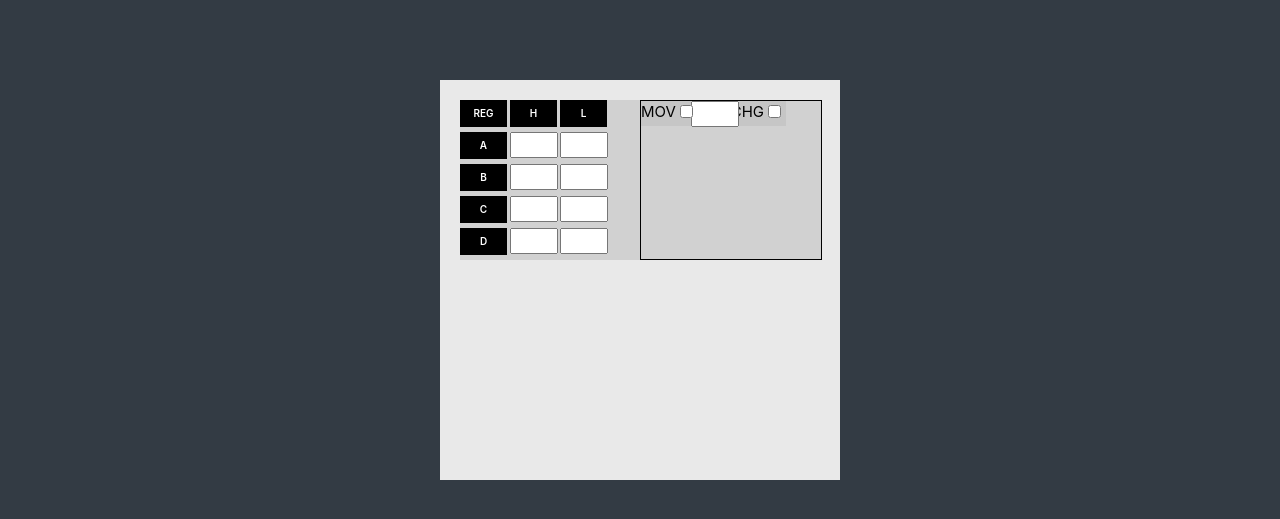
Repository: piookr-wsei/8086
Page: /
These files come from the project's save history. The page is drawn as it stood at one moment and after a run of saves; the edit follows.
The browser window is 1280 px wide. The pictures show the whole page.
The project was rebuilt for these pictures with package versions that can differ from the ones it lists, and the page was loaded fresh each time.

Above is the page before, as saved 2022-06-18 20:58:39.

### src/App.js
import React from 'react';
import { useState } from 'react';
import './App.css';
import { RegDesc, RegInput, RegWrapper, UiWindow, UiWrapper, SettingsWrapper, Labels, CheckWrapper, OpBox } from './Components/Components.elements';


function App() {

  const xchg="xchg";
  const mov="mov"

  const [movChecked, setMovChecked] = useState(false);

  const [xchgChecked, setXchgChecked] = useState(false);

  const [opChosen,setOpChosen] = useState(null)

  function HandleCheck(name){
    if(name=="mov"){
      setMovChecked(!movChecked)
      setXchgChecked(false)
    }
    else if(name=="xchg"){
      setXchgChecked(!xchgChecked)
      setMovChecked(false)

    }
    setOpChosen(name)
  }

function OpChange(){
  return(
    <>
    <Labels>
      <CheckWrapper>
        MOV
        <OpBox type="checkbox"  checked={movChecked} onClick={() => HandleCheck(mov)} id="MOV"/>
      </CheckWrapper>
      <CheckWrapper>
        XCHG
        <OpBox type="checkbox" checked={xchgChecked} onChange={() => HandleCheck(xchg)} id="XCHG" name="XCHG"/>
      </CheckWrapper>
    </Labels>
    </>
    )
  }







  return (
    <div className="App">
      <UiWindow>
        <UiWrapper>
          <RegWrapper>
            <RegDesc textContent={"REG"}/>  <RegDesc textContent={"H"}/>  <RegDesc textContent={"L"}/>

            <RegDesc textContent={"A"}/>  <RegInput maxLength={2}/> <RegInput maxLength={2}/>
            <RegDesc textContent={"B"}/>  <RegInput maxLength={2}/> <RegInput maxLength={2}/>
            <RegDesc textContent={"C"} />  <RegInput maxLength={2}/> <RegInput maxLength={2}/>
            <RegDesc textContent={"D"}/>  <RegInput maxLength={2}/> <RegInput maxLength={2}/>
          </RegWrapper>

          <SettingsWrapper>
            <OpChange/>
            <RegInput maxLength={2}/>
          </SettingsWrapper>



        </UiWrapper>
      </UiWindow>

    </div>
  );
}

export default App;

### src/App.css
body{
  height: 100%;
  background: rgba(1, 10, 22, 0.8);
}
.App {

}

.App-logo {
  height: 40vmin;
  pointer-events: none;
}

@media (prefers-reduced-motion: no-preference) {
  .App-logo {
    animation: App-logo-spin infinite 20s linear;
  }
}

.App-header {
  background-color: #282c34;
  min-height: 100vh;
  display: flex;
  flex-direction: column;
  align-items: center;
  justify-content: center;
  font-size: calc(10px + 2vmin);
  color: white;
}

.App-link {
  color: #61dafb;
}

@keyframes App-logo-spin {
  from {
    transform: rotate(0deg);
  }
  to {
    transform: rotate(360deg);
  }
}

### src/Components/Components.elements.js
import styled from "styled-components";

export const UiWindow = styled.div`
    height: 400px;
    width: 400px;
    background: rgb(233,233,233);
    position: relative;
    margin: auto;
    top: 80px;
`

export const UiWrapper = styled.div`
    border: 20px solid transparent;
    display: grid;
    grid-template-columns: 1fr 1fr;
`

export const RegWrapper = styled.div`
    width: 180px;
    background: rgba(0,0,0,0.1);
    position: relative;
    left: 0;
    display: grid;
    grid-template-columns: 50px 50px 50px;
`

export const RegInput = styled.input`
    height: 20px;
    width: 40px;
    margin-bottom:5px;
    text-align: center;
`

export const SettingsWrapper = styled.div`
    width: 180px;
    background: rgba(0,0,0,0.1);
    position: relative;
    right: 0;
    display: grid;
    grid-template-columns: 50px 50px 50px;
    border: solid 1px black;
    font-size: 15px;
    line-height: 22px;

`

export const RegDescSC = styled.div`
    height: 27px;
    width: 47px;
    background: black;
    margin-bottom:5px;
    color: white;
    font-weight: 600;
`

export const DescText = styled.p`
    font-size: 10px;
    text-align: center;
    position: relative;
    top: -3px;
`

export function RegDesc(props){
    return(
        <RegDescSC>
            <DescText>{props.textContent}</DescText>
        </RegDescSC>
    )
}

export const Labels = styled.div`
    display: grid;
    grid-template-columns: 80px 60px 60px;
`

export const CheckWrapper = styled.div`
    background: rgba(0,0,0,0.05);
    width: 65px;
    height: 25px;
`

export const OpBox = styled.input`
    vertical-align: "middle";
    position: relative;
    top: 1px;
`

Loaded but not shown: public/index.html (common file); src/index.js (common file); src/index.css (common file); src/reportWebVitals.js (common file)

After the next 4 saves:
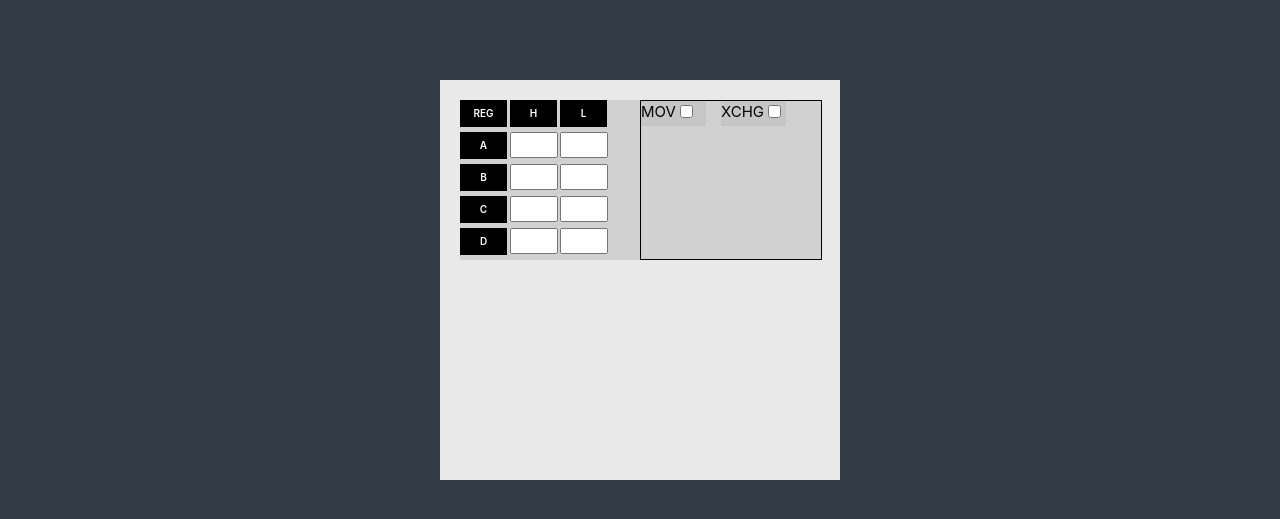
The 4 saves are shown as one change because 3 did not build or start.
The last was saved 3 min 33 s later.
--- a/src/App.js
+++ b/src/App.js
@@ -1,7 +1,7 @@
 import React from 'react';
 import { useState } from 'react';
 import './App.css';
-import { RegDesc, RegInput, RegWrapper, UiWindow, UiWrapper, SettingsWrapper, Labels, CheckWrapper, OpBox } from './Components/Components.elements';
+import { RegDesc, RegInput, RegWrapper, UiWindow, UiWrapper, SettingsWrapper, Labels, CheckWrapper, OpBox, ParamWrapper } from './Components/Components.elements';
 
 
 function App() {
@@ -64,11 +64,11 @@ function OpChange(){
             <RegDesc textContent={"D"}/>  <RegInput maxLength={2}/> <RegInput maxLength={2}/>
           </RegWrapper>
 
-          <SettingsWrapper>
-            <OpChange/>
-            <RegInput maxLength={2}/>
-          </SettingsWrapper>
-
+          <ParamWrapper>
+            <SettingsWrapper>
+              <OpChange/>
+            </SettingsWrapper>
+          </ParamWrapper>
 
 
         </UiWrapper>
--- a/src/Components/Components.elements.js
+++ b/src/Components/Components.elements.js
@@ -31,13 +31,13 @@ export const RegInput = styled.input`
     text-align: center;
 `
 
-export const SettingsWrapper = styled.div`
+export const ParamWrapper = styled.div`
     width: 180px;
     background: rgba(0,0,0,0.1);
     position: relative;
     right: 0;
     display: grid;
-    grid-template-columns: 50px 50px 50px;
+    grid-template-columns: 180px;
     border: solid 1px black;
     font-size: 15px;
     line-height: 22px;
@@ -84,3 +84,10 @@ export const OpBox = styled.input`
     position: relative;
     top: 1px;
 `
+
+export const SettingsWrapper = styled.div`
+    position: relative;
+    right: 0;
+    display: grid;
+    grid-template-columns: 50px 50px 50px;
+`
